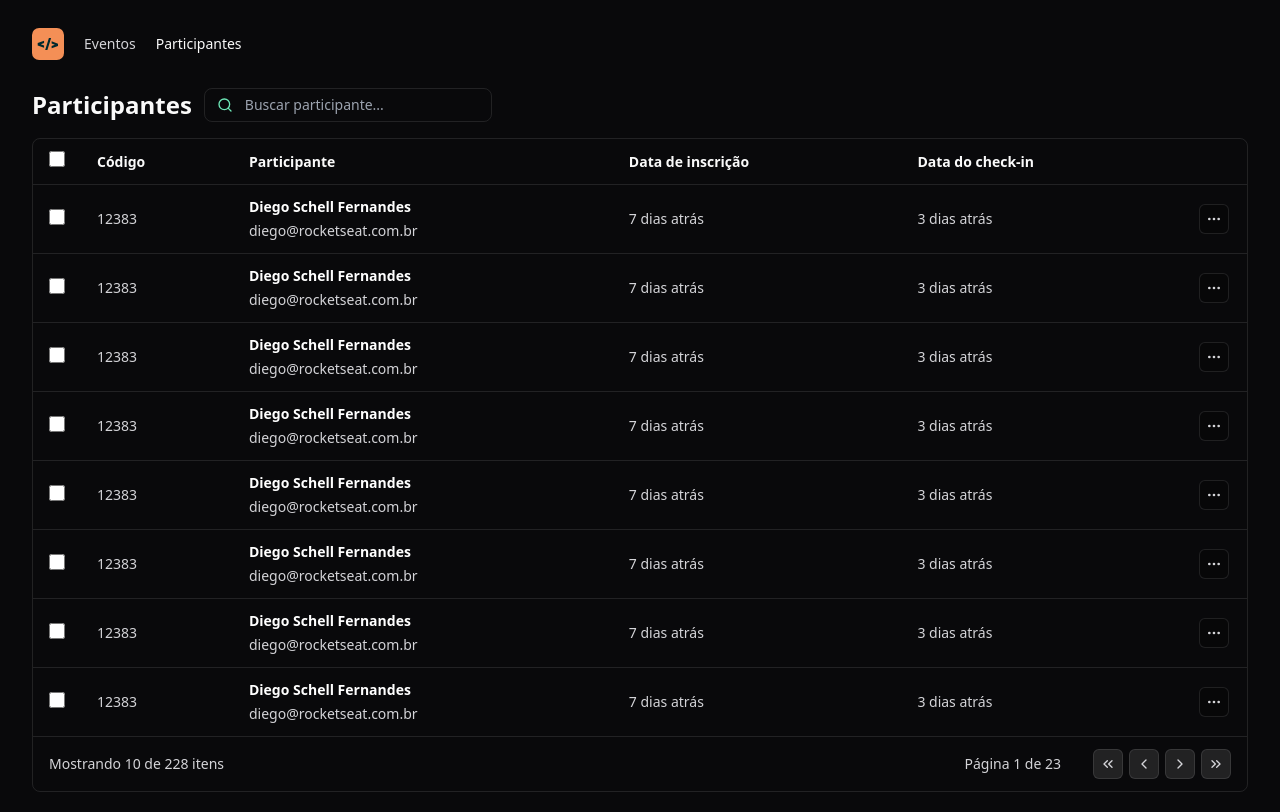
Repository: guilhermecardoso93/nlw-unite-react-2024
Page: /
An editor plug-in stored every save of this project. The page is shown before and after the next save, followed by the edit.
The browser window is 1280 px wide. The pictures show the whole page.
The project was rebuilt for these pictures with package versions that can differ from the ones it lists, and the page was loaded fresh each time. Also part of the build but not shown: vite.config.ts.

Above is the page before, as saved 2024-04-01 22:05:24.

After the next save:
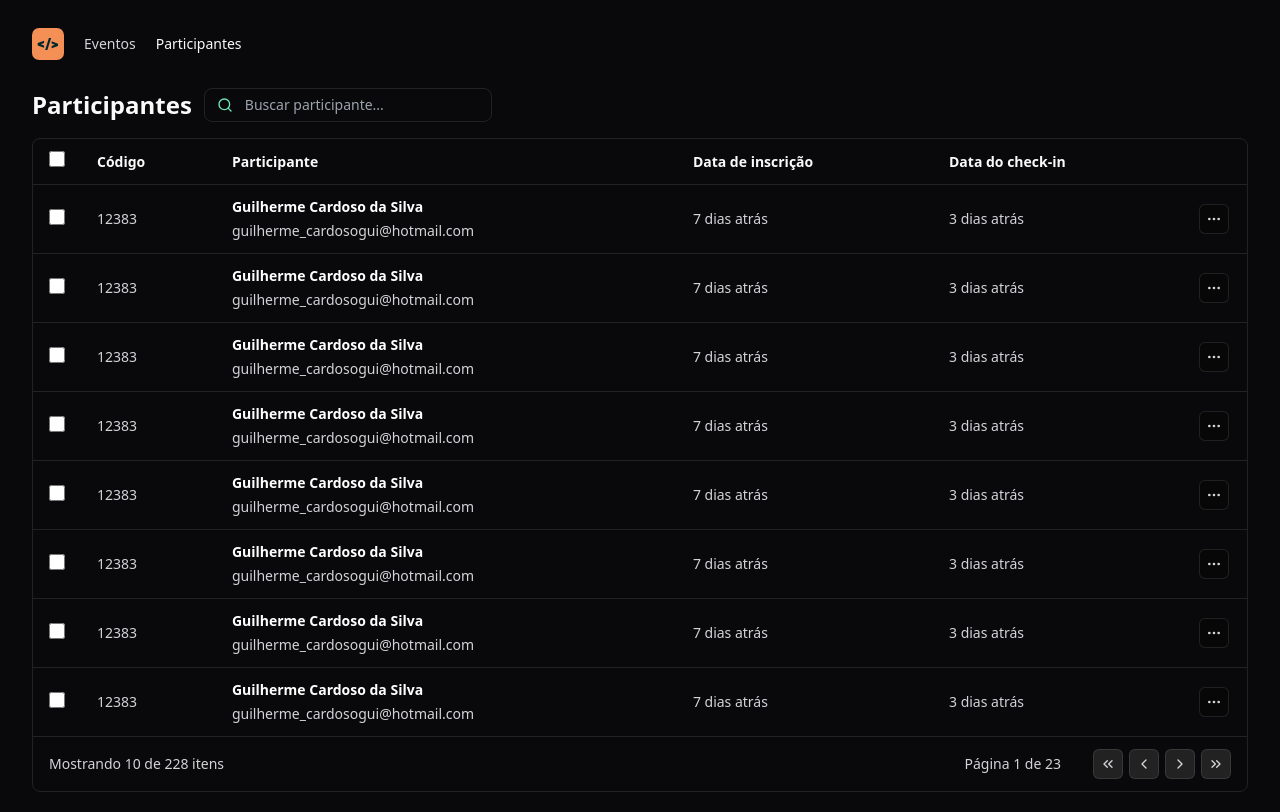
Saved 53 s later.
--- a/src/components/attendee-list.tsx
+++ b/src/components/attendee-list.tsx
@@ -69,9 +69,9 @@ export function AttendeeList() {
                   <td className="py-3 px-4 text-sm text-zinc-300">
                     <div className="flex flex-col gap-1">
                       <span className="font-semibold text-white">
-                        Diego Schell Fernandes
+                        Guilherme Cardoso da Silva
                       </span>
-                      <span>diego@rocketseat.com.br</span>
+                      <span>guilherme_cardosogui@hotmail.com</span>
                     </div>
                   </td>
                   <td className="py-3 px-4 text-sm text-zinc-300">
